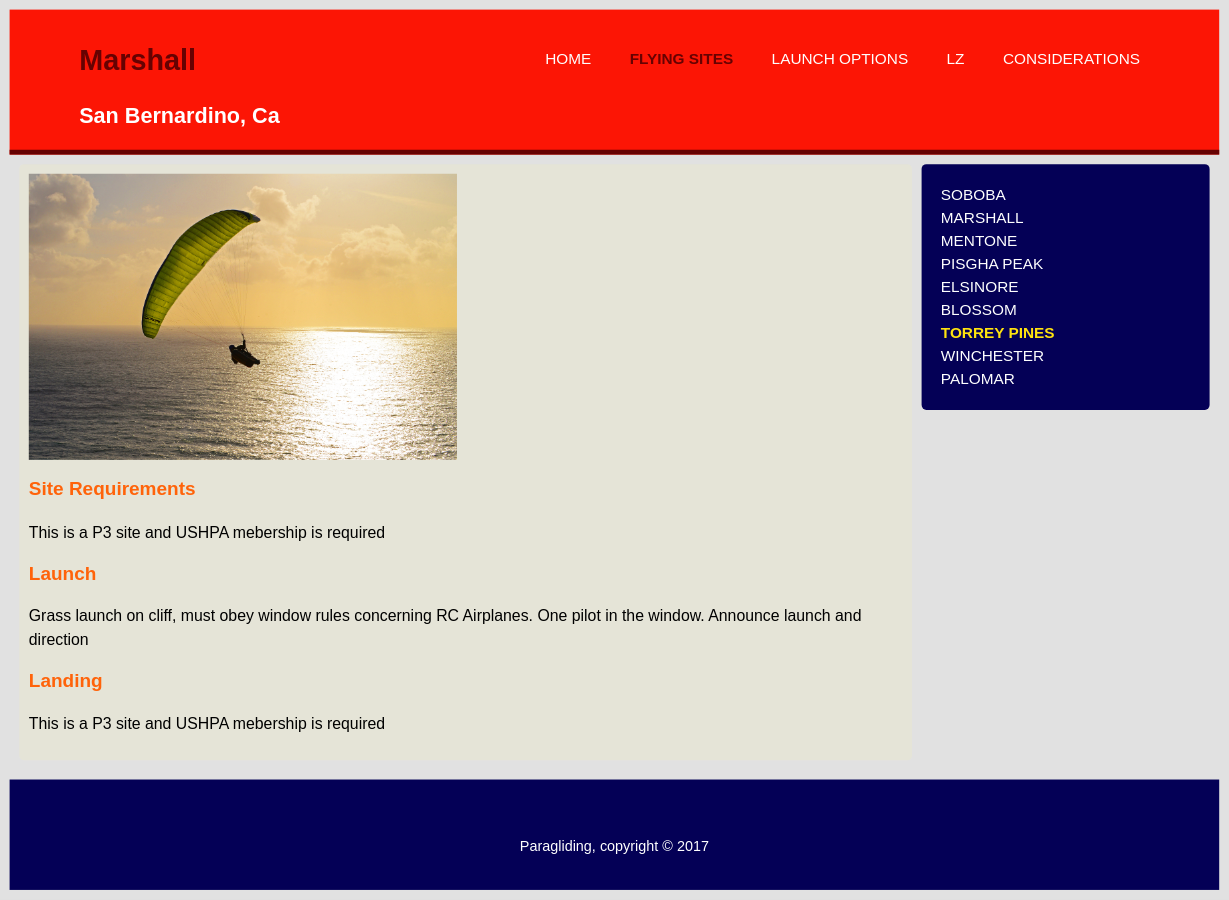
Repository: allenthoe/allenthoe.github.io
Page: Torrey.html
The author's editor kept a record of every edit. The page is drawn from the files as they stood at one moment, then again after the next edit.
The browser window is 1280 px wide. The pictures show the whole page, at 96% of full size.

Above is the page before.

After the next edit:
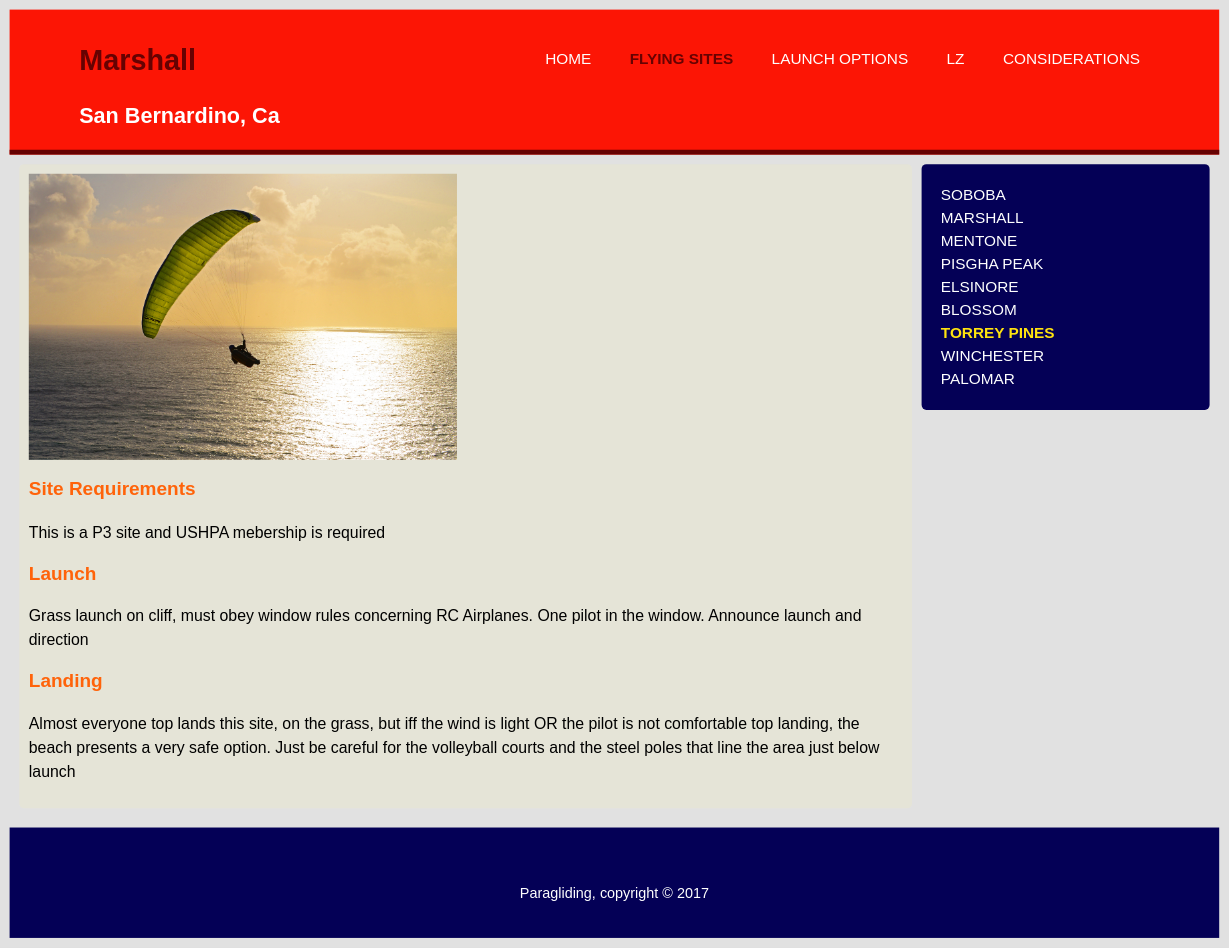
The edit:
--- a/Torrey.html
+++ b/Torrey.html
@@ -59,7 +59,7 @@
 
 <h2> Landing </h2>
 
-<p>This is a P3 site and USHPA mebership is required</p>
+<p>Almost everyone top lands this site, on the grass, but iff the wind is light OR the pilot is not comfortable top landing, the beach presents a very safe option.  Just be careful for the volleyball courts and the steel poles that line the area just below launch</p>
 
 </div>
 
